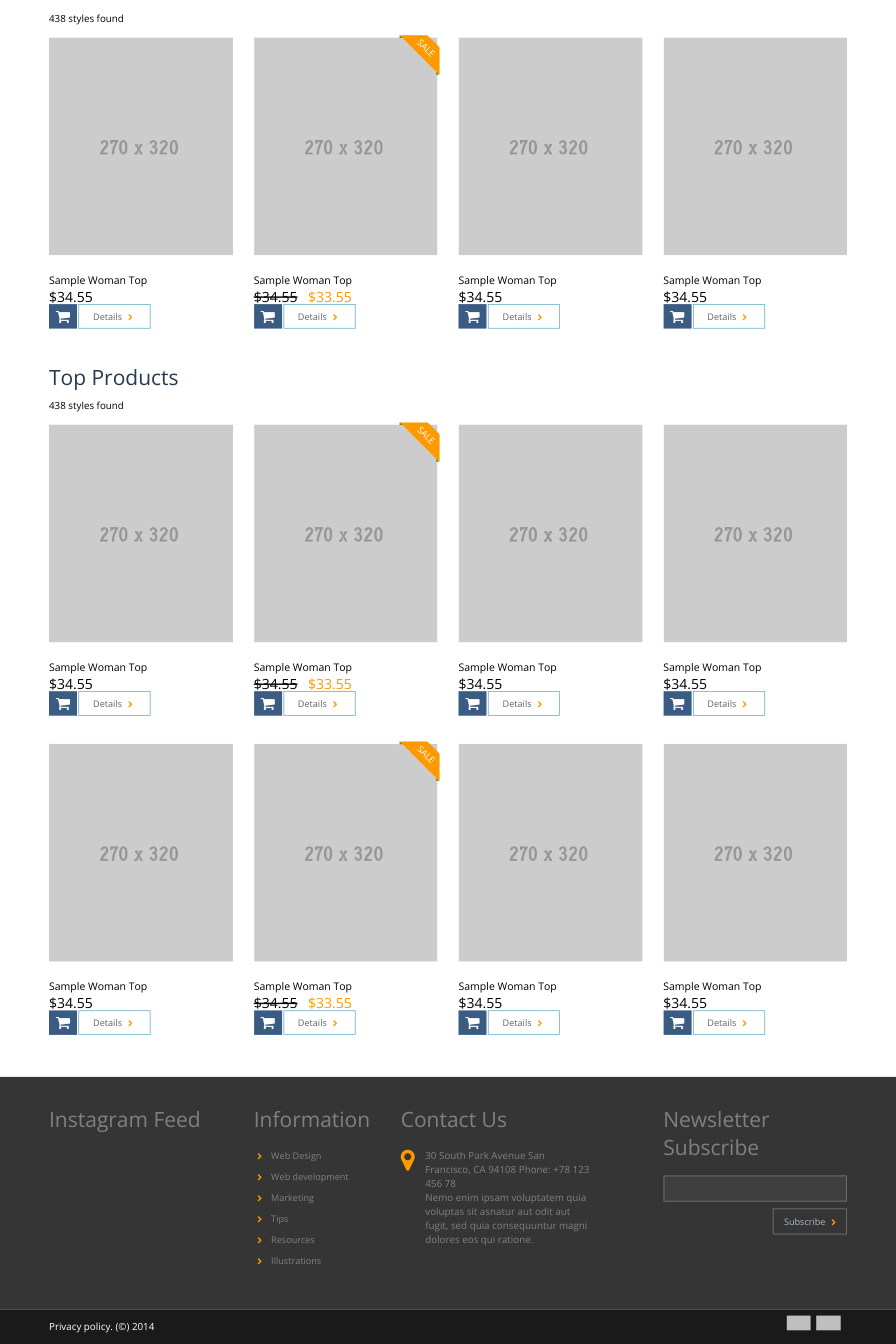
Repository: yha24/Laravel
Page: http://localhost/ha
An editor plug-in stored every save of this project. The page is shown before and after the next save, followed by the edit.
The browser window is 1280 px wide. The pictures show the part of the page from y = 809 to 2729 px (the page is 2729 px tall), at 70% of full size.
Some web fonts or font styles are not loaded; a fallback is used. Some web libraries are served in a nearby version. The page is served by the project's Laravel application, run on PHP 8.4 with Laravel 10. The database holds what the project's SQL file puts in it.

Above is the page before, as saved 2023-06-01 18:15:03.

After the next save:
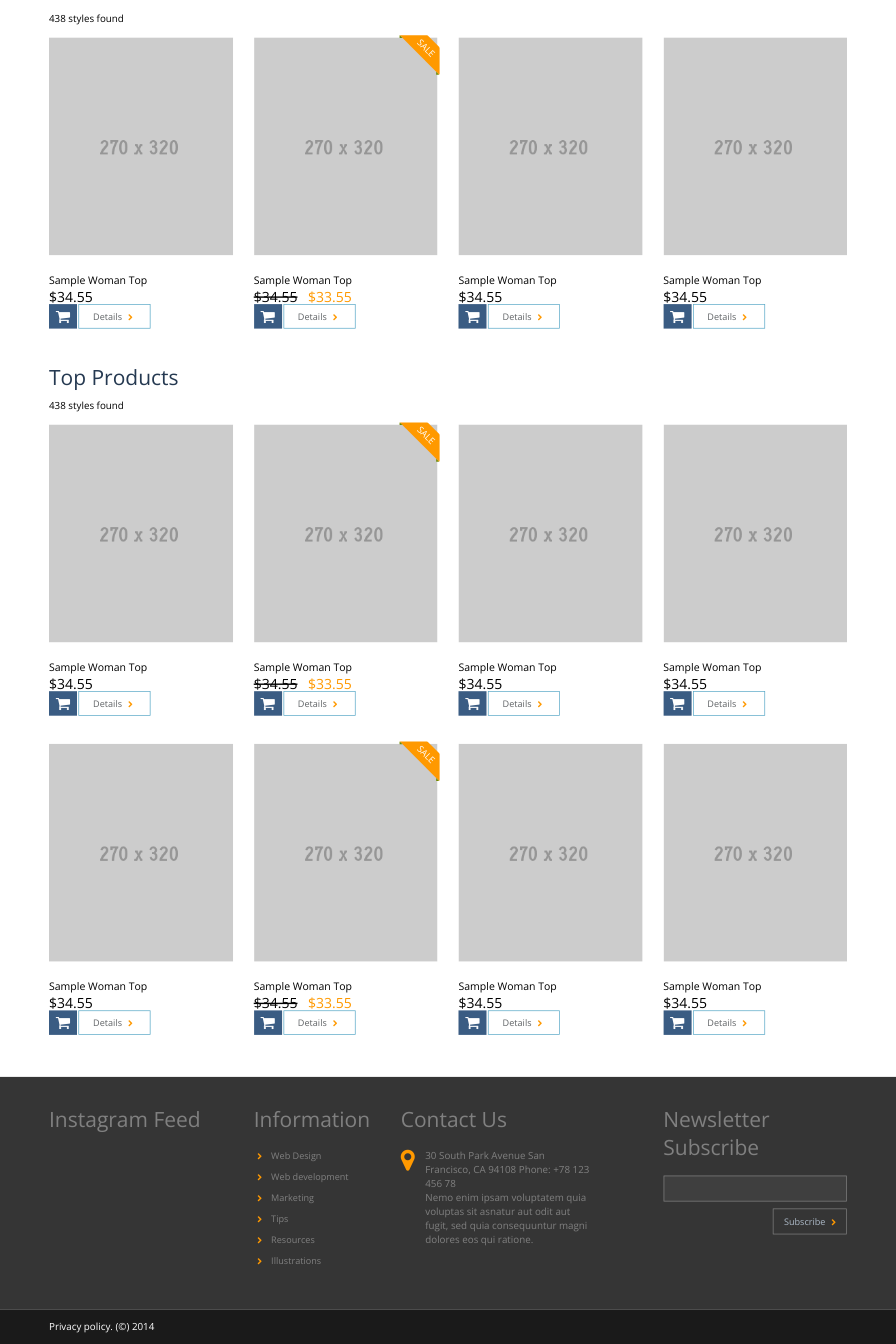
Saved 12 s later.
--- a/resources/views/footer.blade.php
+++ b/resources/views/footer.blade.php
@@ -63,7 +63,7 @@
     <div class="container">
         <p class="pull-left">Privacy policy. (&copy;) 2014</p>
         <p class="pull-right pay-options">
-            <a href="#"><img src="source/image/product/.jpg" alt="" /></a>
+            <a href="#"><img src="source/image/product/111.jpg" alt="" /></a>
             <a href="#"><img src="source/assets/dest/images/pay/pay.jpg" alt="" /></a>
             <a href="#"><img src="source/assets/dest/images/pay/visa.jpg" alt="" /></a>
             <a href="#"><img src="sassets/dest/images/pay/paypal.jpg" alt="" /></a>
